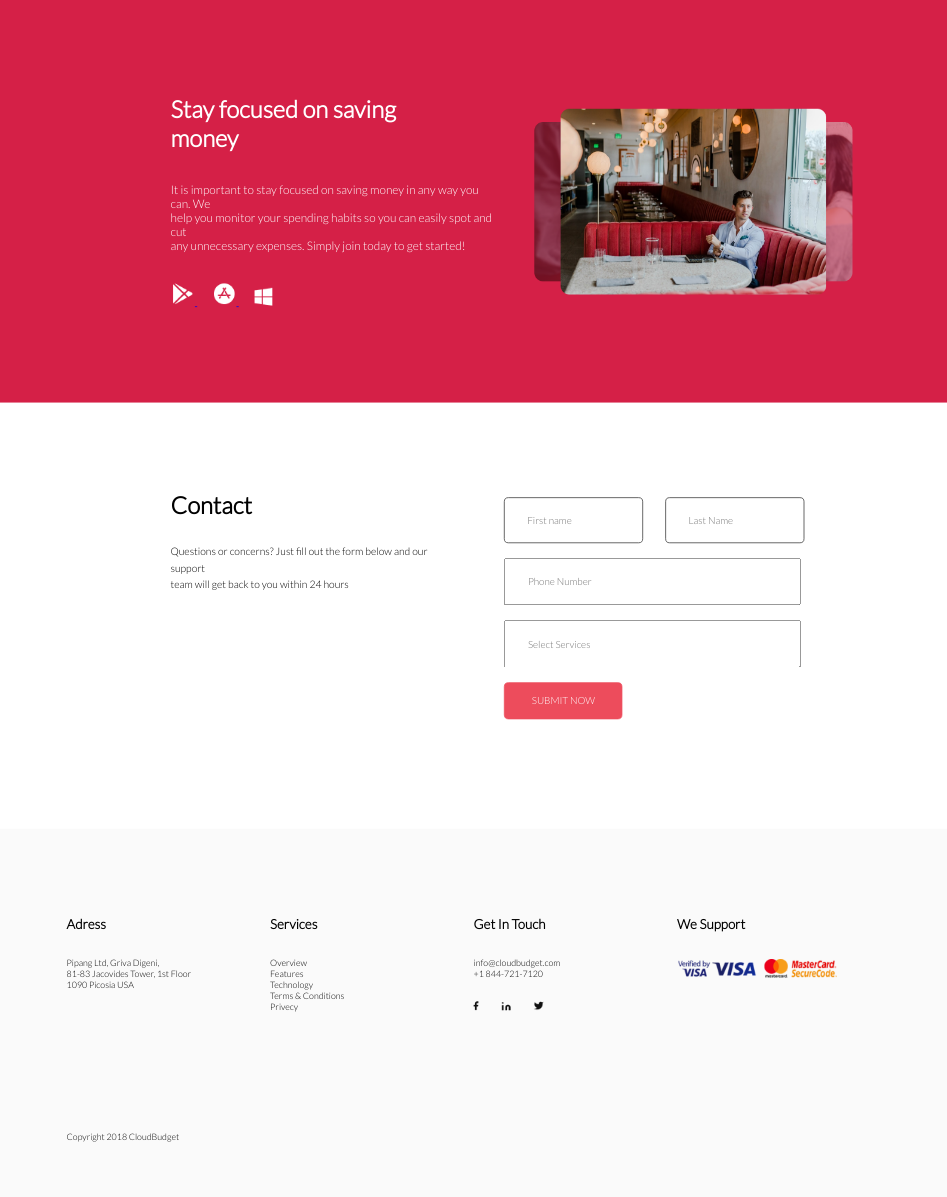
Repository: batonAnton/Cursor_lecture4
Page: index.html
An editor plug-in stored every save of this project. The page is shown before and after the next save, followed by the edit.
The browser window is 1280 px wide. The pictures show the whole page, at 74% of full size.

Above is the page before, as saved 2022-06-09 16:29:32.

### index.html
<!DOCTYPE html>
<html lang="en">
<head>
    <meta charset="UTF-8">
    <meta http-equiv="X-UA-Compatible" content="IE=edge">
    <meta name="viewport" content="width=device-width, initial-scale=1.0">
    <title>CloudBudget Freebie</title>
    <link rel="preconnect" href="https://fonts.googleapis.com">
    <link rel="preconnect" href="https://fonts.gstatic.com" crossorigin>
    <link href="https://fonts.googleapis.com/css2?family=Lato:wght@300&display=swap" rel="stylesheet">
    <link rel="stylesheet" href="css/style.css">
</head>
<body>
    <div class="full-page">
    <header>
        <div class="info-box">
            <h1>Stay focused on saving <br> money</h1>
            <p>It is important to stay focused on saving money in any way you can. We <br> help you monitor your spending habits so you can easily spot and cut <br> any unnecessary expenses. Simply join today to get started!</p>

            <div class="link_source">
                <a href="https://play.google.com/store/games?hl=uk&gl=US">
                    <img src="/image/icon/google_play.png" alt="icon-google">
                </a>
                <a href="https://www.apple.com/ua/app-store/">
                    <img src="/image/icon/apstore.png" alt="icon-apstore">
                </a>
                <a href="https://www.microsoft.com/uk-ua/software-download/windows10">
                    <img src="/image/icon/windows.png" alt="icon-windows">
                </a>
            </div>
        </div>

        <div class="big_img"></div>
    </header>

    <section>
        <div class="info-box">
            <h1>Contact</h1>
            <p>Questions or concerns? Just fill out the form below and our support <br> team will get back to you within 24 hours</p>
        </div>

        <div class="input-fields">
            <form>
                <div>
                    <input type="text" id="fname" placeholder="First name" name="fname">
                    <input type="text" id="lname" placeholder="Last Name" name="lname">
                </div>

                <input type="number" name="" id="number" placeholder="Phone Number">
                <input list="browsers" id="dropdown" placeholder="Select Services" name="service"> <br>
                <datalist id="browsers">
                    <option value="Service1">
                    <option value="Service2">
                    <option value="Service3">
                    <option value="Service4">
                    <option value="Service5">
                </datalist>
                <button>submit now</button>
              </form>
        </div>
    </section>

    <footer>
        <div class="all-block">
            <div class="adress-block">
                <h1>adress</h1>
                <p>
                    Pipang Ltd, Griva Digeni,<br>
                    81-83 Jacovides Tower, 1st Floor <br>
                    1090 Picosia USA
                </p>
            </div>

            <div class="services">
                <h1>services</h1>
                <a href="">overview</a>
                <a href="">features</a>
                <a href="">technology</a>
                <a href="">terms & conditions</a>
                <a href="">privecy</a>
            </div>

            <div class="link-social">
                <h1>Get in Touch</h1>
                <a href="">info@cloudbudget.com</a>
                <a href="">+1 844-721-7120</a>

                <div>
                    <a href="">
                        <img src="/image/footer/facebook.png" alt="facebook-link">
                    </a>

                    <a href="">
                        <img src="/image/footer/feather-linkedin.png" alt="linkdn">
                    </a>

                    <a href="">
                        <img src="/image/footer/tweeter.png" alt="tweeter-img">
                    </a>
                </div>
            </div>

            <div class="paymants">
                <h1>We Support</h1>
                <img src="/image/footer/secure-p-1 1.png" alt="img pay">
            </div>
        </div>
        <p class="copyright">Copyright 2018 CloudBudget</p>
    </footer>
    </div>
</body>
</html>

### css/style.css
* {
  font-family: "Lato", sans-serif;
  font-weight: 400;
  margin: 0px;
  padding: 0px;
  box-sizing: border-box;
}

.full-page{
  /* padding:0 5% 0 5%; */
}
h1 {
  font-weight: 600;
}

header {
  width: 100%;
  height: 20%;
  padding: 10%;
  color: #ffffff;
  display: inline-flex;
  background-color: #d52047;
}

.info-box {
  width: 80%;
  margin-left: 10%;
}

.info-box h1{
  font-size: 2rem;
}

.info-box p {
  width: 90%;
  margin: 40px 0;
  font-size 14px;
}

.link_source a {
  margin-left: -19px;
  padding: 0 20px;
}

.big_img {
  background-image: url("/image/Photo.png");
  width: 70%;
  background-repeat: no-repeat;
  background-position: center;
  background-size: contain;
}

/* Section */
section {
  color: #000000;
  display: inline-flex;
  padding: 10%;
  width: 100%;
}

section .info-box {
  width: 80%;
  color: #000000;
  line-height: 140%;
}

section .info-box h1 {
  font-weight: 600;
  font-size: 2rem;
}

section .info-box p{
  font-size: 14px;
}

#fname,
#lname {
  width: 39%;
  height: 60px;
  border: 1px solid #333333;
  border-radius: 6px;
}

.input-fields input {
  width: 80%;
  height: 60px;
  padding: 30px;
}

form div {
  display: inline-flex;
}
form input,
button {
  margin-left: 30px;
  margin-bottom: 20px;
  /* margin: 0px 0px 30px 10px; */
}

.input-fields {
  /* margin-right: 100px; */
}

button {
  background-color: #ed4c5c;
  color: #ffffff;
  width: 160px;
  height: 50px;
  border: 1.5px solid #ed4c5c;
  border-radius: 6px;
  text-transform: uppercase;
}

footer {
  background-color: #fafafa;
  margin: 0px auto 0px auto;
  font-size: 12px;
}

.all-block {
  display: inline-flex;
  padding: 85px 90px 75px 90px;
  margin: 0 auto;
  width: 100%;
}

.all-block div {
  width: 30%;
  /* padding: 0 15% 0 15%; */
}

footer h1 {
  font-style: normal;
  font-weight: 700;
  line-height: 22px;
  text-transform: capitalize;
  margin-bottom: 33px;
  margin-top: 33px;
  font-size: 18px;
}

.services a,
.link-social a {
  display: grid;
  text-decoration: none;
  color: #000000;
}

.services a {
  text-transform: capitalize;
}

.link-social div {
  display: inline-flex;
}

.link-social div a {
  margin: 30px 30px 0px 0px;
}

.copyright{
  padding: 85px 90px 75px 90px;
}

After the next save:
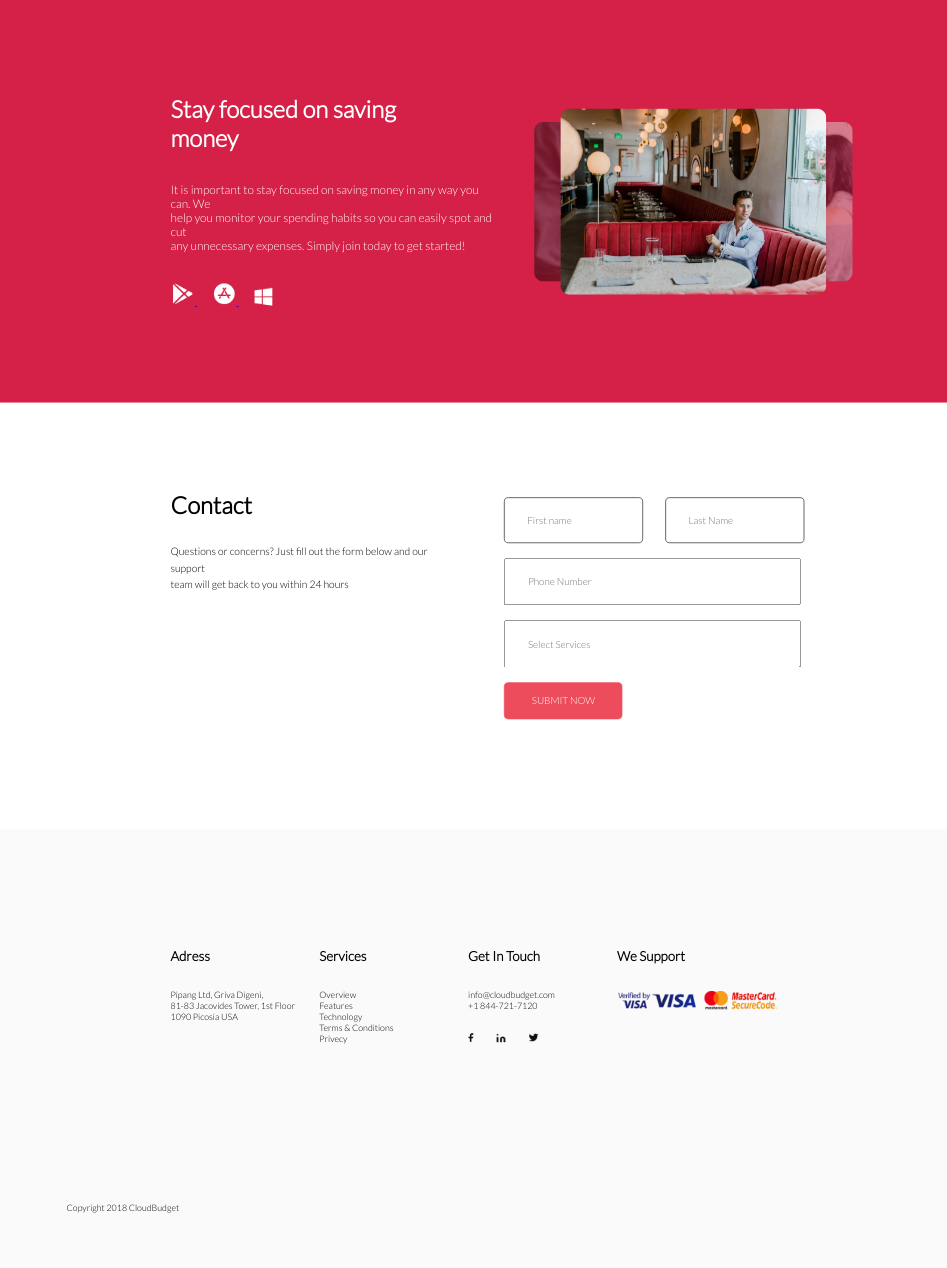
Saved 5 min 38 s later.
--- a/css/style.css
+++ b/css/style.css
@@ -118,11 +118,15 @@ footer {
 }
 
 .all-block {
-  display: inline-flex;
+  /* display: inline-flex;
   padding: 85px 90px 75px 90px;
   margin: 0 auto;
-  width: 100%;
+  width: 100%; */
+  display: inline-flex;
+    padding: 10% 18%;
+    width: 100%;
 }
+
 
 .all-block div {
   width: 30%;
